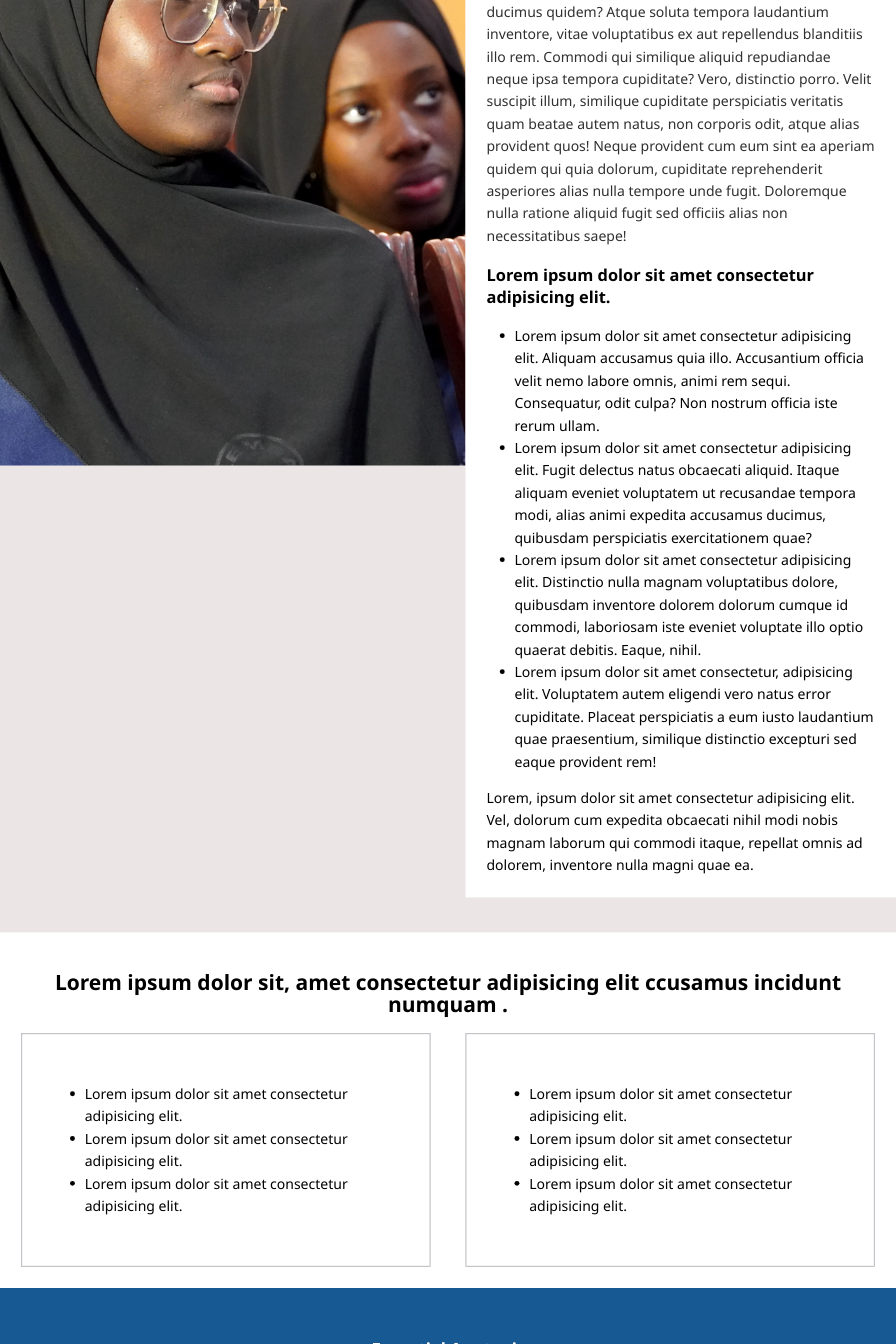
Repository: Ken-dia/newsletters_force_n
Page: index.html
The author's editor kept a copy of each file at every save. The page is drawn from the files as they stood at one save, then again after the next save.
The browser window is 1280 px wide. The pictures show the part of the page from y = 4580 to 6500 px (the page is 8786 px tall before and 8626 px after), at 70% of full size.

Above is the page before, as saved 2024-04-23 11:21:43.

### index.html
<!DOCTYPE html>
<html lang="en">
<head>
    <meta charset="UTF-8">
    <meta name="viewport" content="width=device-width, initial-scale=1.0">
    <link rel="stylesheet" href="styles.css">
    <title>FORCEN</title>
</head>
    <body>
        <!-- Entete -->
        <section>
            <div class="entete">
                <div class="logos">
                    <div class="logo">
                        <img src="/images/unchk.png" width="105px" height="105px" alt="unchk_logo">
                    </div>
                    <div class="logo">
                        <img src="/images/force_n.png" width="210px" height="80px" alt="force_n_logo" class="logo_force_n">
                        <div class="title-newsletters">Newsletter</div>
                        <div class="subtitle-newsletters">FORCE-N,ton future dans le numérique !</div>
                    </div>
                    <div class="logo">
                        <img src="/images/master.png" width="105px" height="105px" alt="master_card_logo">
                    </div>

                </div>
                <div class="day">
                    <div>N° 6 | 22 / 04 / 2024</div>
                </div>
            </div>
        </section>
        <!-- Image -->
        <section>
            <div class="image1">
                <img src="/images/image1.png" alt="image1" width="100%" height="600px">
            </div>
        </section>
        <!-- Emploies -->
        <section>
            <div class="container">
                <div class="emploies">
                    <div class="title-emploie">
                        EMPLOI PAR FORCE N
                    </div>
                    <div class="emploie">
                        <div class="item">
                            <div class="title">
                                JOB BOARD
                            </div>
                            <div class="text">
                                Lorem ipsum dolor sit amet consectetur adipisicing elit. Nobis minus consequuntur atque iure corrupti amet labore consequatur sint laborum ducimus qui, id eveniet iusto. Modi aspernatur quidem quibusdam quis autem?
                            </div>
                            <div class="actions">
                                <div class="icon">
                                    <img src="/icons/share.png" width="30px" height="30px">
                                </div>
                                <div class="icon">
                                    <img src="/icons/star.png" width="30px" height="30px">
                                </div>
                            </div>

                        </div>
                        <div class="item">
                            <div class="title">
                                JOB COACH
                            </div>
                            <div class="text">
                                Lorem ipsum dolor sit amet consectetur adipisicing elit. Nobis minus consequuntur atque iure corrupti amet labore consequatur sint laborum ducimus qui, id eveniet iusto. Modi aspernatur quidem quibusdam quis autem?
                            </div>
                            <div class="actions">
                                <div class="icon">
                                    <img src="/icons/share.png" width="30px" height="30px">
                                </div>
                                <div class="icon">
                                    <img src="/icons/star.png" width="30px" height="30px">
                                </div>
                            </div>
                        </div>
                        <div class="item">
                            <div class="title">
                                SOFT SKILL
                            </div>
                            <div class="text">
                                Lorem ipsum dolor sit amet consectetur adipisicing elit. Nobis minus consequuntur atque iure corrupti amet labore consequatur sint laborum ducimus qui, id eveniet iusto. Modi aspernatur quidem quibusdam quis autem?
                            </div>
                            <div class="actions">
                                <div class="icon">
                                    <img src="/icons/share.png" width="30px" height="30px">
                                </div>
                                <div class="icon">
                                    <img src="/icons/star.png" width="30px" height="30px">
                                </div>
                            </div>
                        </div>
                    </div>
                </div>

            </div>
        </section>
        <!-- Job Board -->
        <section>
            <div class="job-board">
                <div class="board-image">
                    <div class="title-job-board">JOB BOARD</div>
                    <img src="/images/image2.png" width="600px" height="400px">
                </div>
                <div class="board-text">
                    <div>
                       <p>Deleniti ullam cupiditate labore rerum error hic.</p>
                        <p>Lorem ipsum dolor sit amet consectetur adipisicing elit.</p>
                        <p>Veniam recusandae minus quisquam ad aliquid quaerat illum eius eum! Itaque aut tenetur sunt exercitationem!</p>
                        <p>Reiciendis, magnam. Nihil, quia. Quisquam, voluptate.</p>
                        <p>Lorem ipsum dolor sit amet consectetur adipisicing elit</p>
                        <p>Et ullam enim in minima numquam quo incidunt voluptatem unde at vel nesciunt.</p>
                        <p>Et ullam enim in minima numquam quo incidunt voluptatem unde at vel nesciunt</p>
                    </div>
                </div>
            </div>
        </section>
        <!-- Soft Skill -->
        <section>
            <div class="soft-kill-title">SOLF SKILL</div>
            <div class="image-soft-skill">
                <img src="/images/image3.png" width="100%" height="700px" alt="image3">
            </div>
            <div class="text-solf-skill">
                <p>
                    Lorem ipsum, dolor sit amet consectetur adipisicing elit. Ad quod at maiores veniam asperiores molestiae ullam id facilis quo, nihil inventore tenetur corporis nisi mollitia quaerat. Dicta explicabo ex quis.
                    Lorem ipsum dolor sit amet, consectetur adipisicing elit.
                    Possimus illum placeat voluptas autem in reiciendis inventore repellendus dolorum dolorem, maiores, quibusdam vero, aperiam laudantium. Temporibus perferendis nisi modi laboriosam aut incidunt, dolor, asperiores accusamus molestias architecto, accusantium amet.
                </p>
                <h4>Lorem ipsum dolor, sit amet consectetur adipisicing elit. Similique perferendis deserunt aliquam repudiandae.</h4>
                <p>
                    Lorem, ipsum dolor sit amet consectetur adipisicing elit. Perspiciatis hic beatae repudiandae repellat ex assumenda quas maiores. Optio eaque, libero consequatur rem impedit, neque atque iusto amet deleniti, dolor aperiam.
                    Dignissimos eos fuga minima excepturi delectus ipsam quam debitis eum quis distinctio, sit consequuntur nisi molestiae. Nesciunt velit corrupti quibusdam, numquam voluptatem molestias nam dolorem magnam earum iusto ad in.
                    Alias fugiat exercitationem pariatur illo? Perspiciatis, saepe eligendi quod culpa, molestiae temporibus quia neque labore, nemo quibusdam soluta repellat eveniet vitae maxime consequuntur aliquam dignissimos dolores nobis rerum assumenda at.
                    Maxime officiis aliquam laboriosam doloribus quaerat unde harum nisi eligendi quidem adipisci? Consectetur, fuga. Architecto ab fuga aliquid laborum, facilis ullam voluptatem molestiae quis accusamus. Excepturi hic possimus rem voluptatum.
                </p>
                <h4>lorem ipsum dolor, sit amet consectetur adipisicing elit. Similique perferendis deserunt aliquam repudiandae. </h4>
                <p>
                    Lorem ipsum dolor, sit amet consectetur adipisicing elit. Perferendis amet eligendi sapiente aperiam mollitia autem dolor atque nisi ex ratione magni aut saepe voluptatem, dicta eaque id possimus? Recusandae, magni?
                    Reprehenderit laborum voluptate fugit praesentium! Delectus eligendi, necessitatibus beatae, deserunt perspiciatis veniam iusto quibusdam molestiae earum, laboriosam libero quisquam? Accusantium voluptas corporis aut magni ipsa voluptatem veritatis consequatur repellat vero?
                    Sint ex nostrum eos debitis soluta sequi, voluptate in quisquam fugit aliquam quis dolorum molestias mollitia illum natus a velit ducimus distinctio amet. Quam reprehenderit deleniti aspernatur nulla expedita obcaecati?
                </p>
                <h3>Soyez déterminé, soyez courageux et soyez fort !!!</h3>
            </div>
        </section>
        <!-- Entretiens -->
        <section>
            <div class="entretiens">

                <div class="image">
                    <img src="/images/image4.png" alt="image4" width="665px" height="927px">
                </div>
                <div class="text">
                    <h1>Entretien d'embauche</h1>
                    <h3>Lorem ipsum dolor sit amet consectetur adipisicing elit.</h3>
                    <p>
                        Lorem ipsum dolor sit amet consectetur adipisicing elit. Cumque labore ab dolor, delectus exercitationem quam ducimus quidem? Atque soluta tempora laudantium inventore, vitae voluptatibus ex aut repellendus blanditiis illo rem.
                        Commodi qui similique aliquid repudiandae neque ipsa tempora cupiditate? Vero, distinctio porro. Velit suscipit illum, similique cupiditate perspiciatis veritatis quam beatae autem natus, non corporis odit, atque alias provident quos!
                        Neque provident cum eum sint ea aperiam quidem qui quia dolorum, cupiditate reprehenderit asperiores alias nulla tempore unde fugit. Doloremque nulla ratione aliquid fugit sed officiis alias non necessitatibus saepe!

                    </p>
                    <h3>Lorem ipsum dolor sit amet consectetur adipisicing elit.</h3>
                    <p>
                        <ul>
                            <li>Lorem ipsum dolor sit amet consectetur adipisicing elit. Aliquam accusamus quia illo. Accusantium officia velit nemo labore omnis, animi rem sequi. Consequatur, odit culpa? Non nostrum officia iste rerum ullam.</li>
                            <li>Lorem ipsum dolor sit amet consectetur adipisicing elit. Fugit delectus natus obcaecati aliquid. Itaque aliquam eveniet voluptatem ut recusandae tempora modi, alias animi expedita accusamus ducimus, quibusdam perspiciatis exercitationem quae?</li>
                            <li>Lorem ipsum dolor sit amet consectetur adipisicing elit. Distinctio nulla magnam voluptatibus dolore, quibusdam inventore dolorem dolorum cumque id commodi, laboriosam iste eveniet voluptate illo optio quaerat debitis. Eaque, nihil.</li>
                            <li>Lorem ipsum dolor sit amet consectetur, adipisicing elit. Voluptatem autem eligendi vero natus error cupiditate. Placeat perspiciatis a eum iusto laudantium quae praesentium, similique distinctio excepturi sed eaque provident rem!</li>
                        </ul>
                    </p>
                    <div class="intitule">Lorem, ipsum dolor sit amet consectetur adipisicing elit. Vel, dolorum cum expedita obcaecati nihil modi nobis magnam laborum qui commodi itaque, repellat omnis ad dolorem, inventore nulla magni quae ea.</div>
                </div>
            </div>
        </section>
        <section>
            <div class="embauche">
                <h2>Lorem ipsum dolor sit, amet consectetur adipisicing elit ccusamus incidunt numquam .</h2>
                <div class="items">
                    <div class="item">
                        <ul>
                            <li>Lorem ipsum dolor sit amet consectetur adipisicing elit. </li>
                            <li>Lorem ipsum dolor sit amet consectetur adipisicing elit. </li>
                            <li>Lorem ipsum dolor sit amet consectetur adipisicing elit. </li>
                        </ul>
                    </div>
                    <div class="item">
                        <ul>
                            <li>Lorem ipsum dolor sit amet consectetur adipisicing elit. </li>
                            <li>Lorem ipsum dolor sit amet consectetur adipisicing elit. </li>
                            <li>Lorem ipsum dolor sit amet consectetur adipisicing elit. </li>
                        </ul>
                    </div>
                </div>
            </div>
        </section>
        <!-- Essentiel à retenir -->
        <section>
            <div class="essentiel">
                <h2>Essentiel A retenir</h2>
                <div class="contenu">
                    <ul>
                        <li>Lorem ipsum, dolor sit amet consectetur adipisicing elit. Excepturi minima voluptas pariatur assumenda quam nesciunt deleniti voluptatem magnam nihil labore</li>
                        <li>Lorem ipsum, dolor sit amet consectetur adipisicing elit. Excepturi minima voluptas pariatur assumenda quam nesciunt deleniti voluptatem magnam nihil labore</li>
                        <li>Lorem ipsum, dolor sit amet consectetur adipisicing elit. Excepturi minima voluptas pariatur assumenda quam nesciunt deleniti voluptatem magnam nihil labore</li>
                    </ul>
                    <ol>
                        <li>Lorem ipsum, dolor sit amet consectetur adipisicing elit. Excepturi minima voluptas pariatur assumenda quam nesciunt deleniti voluptatem magnam nihil labore</li>
                        <li>Lorem ipsum, dolor sit amet consectetur adipisicing elit. Excepturi minima voluptas pariatur assumenda quam nesciunt deleniti voluptatem magnam nihil labore</li>
                        <li>Lorem ipsum, dolor sit amet consectetur adipisicing elit. Excepturi minima voluptas pariatur assumenda quam nesciunt deleniti voluptatem magnam nihil labore</li>
                    <ol/>
                    <div class="slogan">Lorem ipsum dolor sit amet consectetur, adipisicing elit. Id maxime quasi, ullam porro laudantium rerum obcaecati asperiores beatae voluptatibus mollitia delectus</div>
                    <div class="btn">
                        <button class="btn-candidature" >Candidature</button>
                    </div>

                </div>
            </div>
        </section>
        <!-- Dictionnaire d'emploie -->
        <section>
            <div class="dictionnaire">
                <h2>Dictionnaire d'emploie</h2>
                <h3>Lorem ipsum dolor sit amet consectetur adipisicing elit. Explicabo eius sit magnam ullam minus atque, est dolorum ab, recusandae aspernatur temporibus fugiat </h3>
                <p>
                    Lorem ipsum dolor sit amet consectetur adipisicing elit. Culpa suscipit voluptatem enim porro eaque voluptates dignissimos, expedita animi omnis quos ullam placeat provident eos ut aspernatur minus distinctio beatae reprehenderit.
                    Distinctio doloribus esse, dolore eum tempora vero perspiciatis cum doloremque! In dolores facilis suscipit, adipisci assumenda sapiente consectetur. Numquam provident nostrum aliquid vel quasi quidem consectetur officia harum iure aspernatur?
                    Voluptates illo officiis, laboriosam nam praesentium corrupti sit consequatur sequi porro ad temporibus sint optio laudantium dignissimos tempore quo officia explicabo, reprehenderit labore dolorum ex eos consequuntur consectetur? Hic, fugit!
                    Corporis placeat inventore quidem labore! Labore laborum ea facilis libero temporibus nisi! Similique ipsa amet maiores ea, pariatur animi perferendis porro? Magni, velit cupiditate. Nihil ratione ea in id recusandae.
                    Illo necessitatibus dolores distinctio maxime ipsam. Perspiciatis voluptatum soluta consequatur aliquam minima maiores ipsa! Quos repellat cupiditate minus eaque nemo ipsam! Illo in maiores hic doloremque, numquam corporis fugit eos.
                </p>
            </div>
        </section>
        <!-- Actualité et events -->
        <section>
            <div class="actualite">
                <h2>ACTUALITES & EVENTS</h2>
                <div class="items">
                    <div class="item">
                        <h3>Lorem ipsum dolor sit, amet consectetur adipisicing elit. ?</h3>
                        <a hre="#">
                            <img src="/images/image6.png" width="309px" height="290px" alt="image6" >
                        </a>
                    </div>
                    <div class="item">
                        <h3>Lorem ipsum dolor sit, amet consectetur adipisicing elit. ?</h3>
                        <a hre="#">
                            <img src="/images/image6.png" width="309px" height="290px" alt="image6" >
                        </a>
                    </div>
                    <div class="item">
                        <h3>Lorem ipsum dolor sit, amet consectetur adipisicing elit. ?</h3>
                        <a hre="#">
                            <img src="/images/image6.png" width="309px" height="290px" alt="image6" >
                        </a>
                    </div>
                </div>
            </div>
        </section>
        <!-- Footer -->

        <section>
            <div class="footer">
                <div class="icons">
                    <img src="/icons/facebook.png" width="50px" height="50px">
                    <img src="/icons/instagram.png" width="50px" height="50px">
                    <img src="/icons/twitter.png" width="50px" height="50px">
                    <img src="/icons/linkedin.png" width="50px" height="50px">
                </div>
                <div class="adresse">
                    <div class="contenu">
                        <div>Copyright © 2024. Tous droits resevrés.</div>

                        <div>Lorem ipsum dolor, sit amet consectetur adipisicing elit. fcfdd </div>
                        <div> Our mailing addres is: <span>FORCE-N</span></div>
                        <div>Résidence AMANA, 5e étage, Sacré-Cœur 1, Villa N°8459 – Dakar</div>
                    </div>

                </div>
            </div>
        </section>

    </body>
</html>

Loaded but not shown: styles.css (236 lines, source omitted)

After the next save:
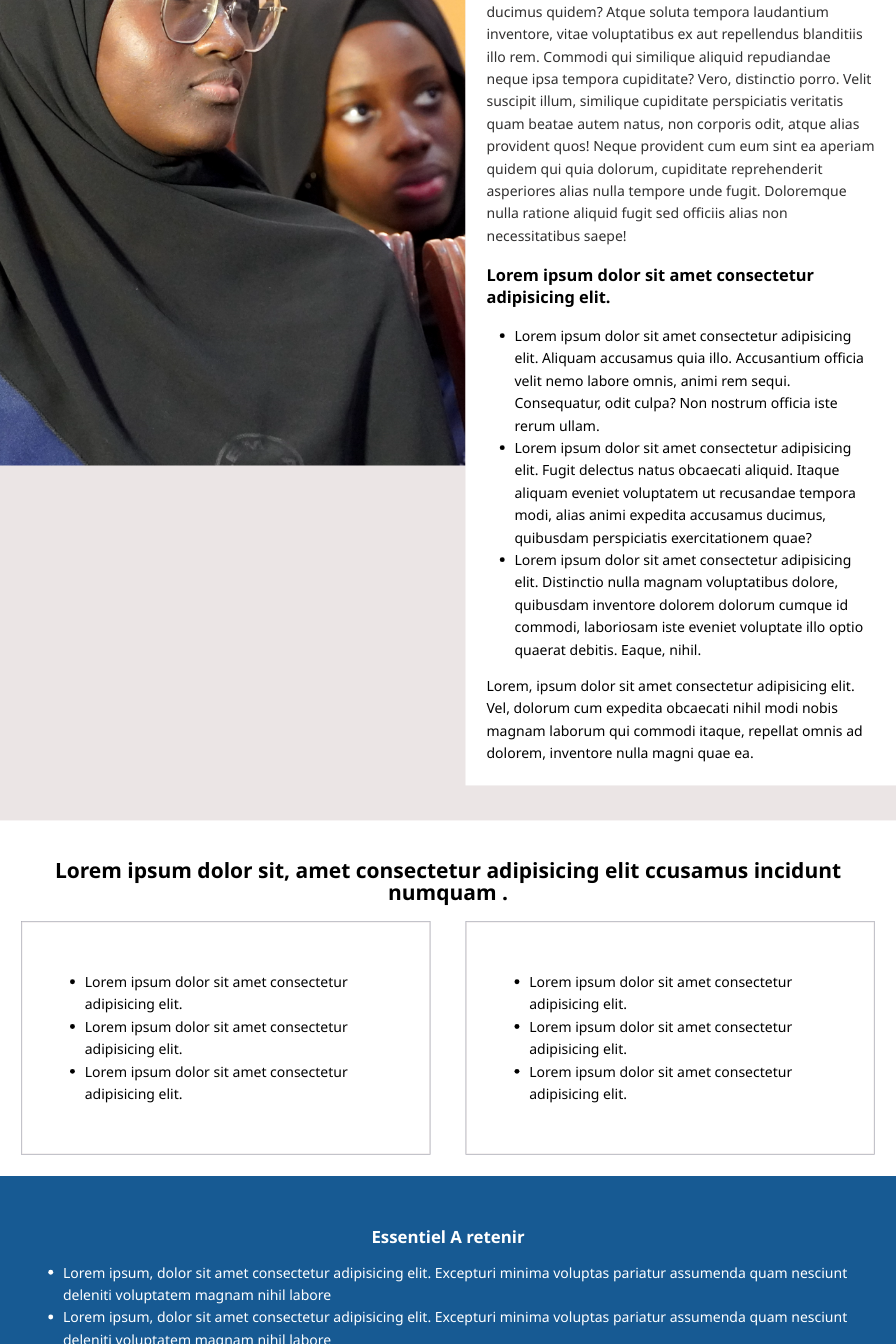
Saved 6 s later.
--- a/index.html
+++ b/index.html
@@ -167,7 +167,6 @@
                             <li>Lorem ipsum dolor sit amet consectetur adipisicing elit. Aliquam accusamus quia illo. Accusantium officia velit nemo labore omnis, animi rem sequi. Consequatur, odit culpa? Non nostrum officia iste rerum ullam.</li>
                             <li>Lorem ipsum dolor sit amet consectetur adipisicing elit. Fugit delectus natus obcaecati aliquid. Itaque aliquam eveniet voluptatem ut recusandae tempora modi, alias animi expedita accusamus ducimus, quibusdam perspiciatis exercitationem quae?</li>
                             <li>Lorem ipsum dolor sit amet consectetur adipisicing elit. Distinctio nulla magnam voluptatibus dolore, quibusdam inventore dolorem dolorum cumque id commodi, laboriosam iste eveniet voluptate illo optio quaerat debitis. Eaque, nihil.</li>
-                            <li>Lorem ipsum dolor sit amet consectetur, adipisicing elit. Voluptatem autem eligendi vero natus error cupiditate. Placeat perspiciatis a eum iusto laudantium quae praesentium, similique distinctio excepturi sed eaque provident rem!</li>
                         </ul>
                     </p>
                     <div class="intitule">Lorem, ipsum dolor sit amet consectetur adipisicing elit. Vel, dolorum cum expedita obcaecati nihil modi nobis magnam laborum qui commodi itaque, repellat omnis ad dolorem, inventore nulla magni quae ea.</div>
